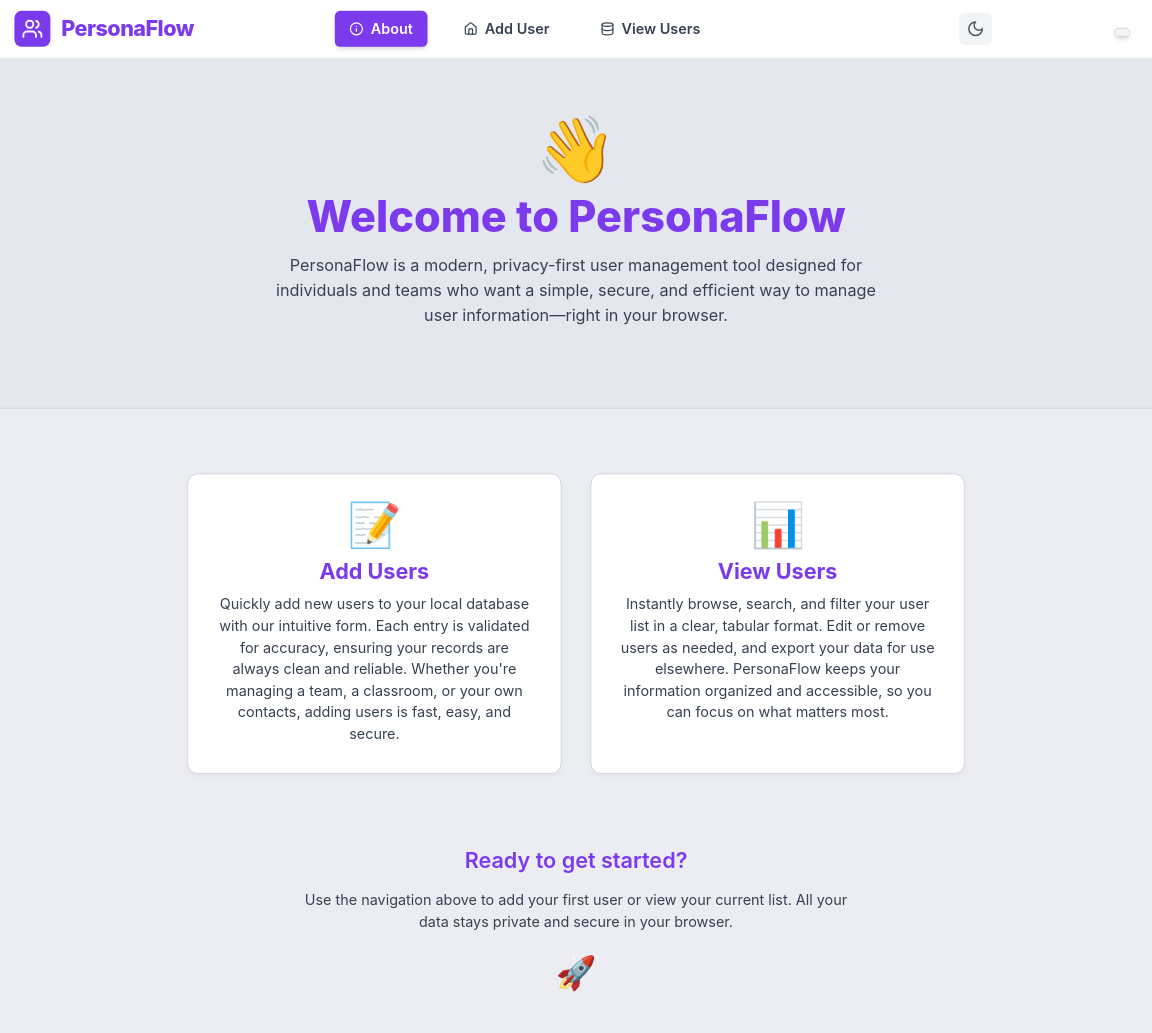
Repository: nikunjagarwal05/PersonaFlow
Page: /
An editor plug-in stored every save of this project. The page is shown before and after a run of saves, followed by the edit.
The browser window is 1280 px wide. The pictures show the whole page, at 90% of full size.
The project was rebuilt for these pictures with package versions that can differ from the ones it lists, and the page was loaded fresh each time. Also part of the build but not shown: vite.config.ts, src/components/Toast.jsx, src/components/LanguageSelector.jsx, src/components/UserForm.jsx, src/utils/localStorage.js, src/pages/Home.jsx, src/components/UserTable.jsx, src/components/SearchBar.jsx and 3 more.

Above is the page before, as saved 2025-06-12 12:18:45.

### index.html
<!doctype html>
<html lang="en">
  <head>
    <meta charset="UTF-8" />
    <link rel="icon" type="image/svg+xml" href="/vite.svg" />
    <meta name="viewport" content="width=device-width, initial-scale=1.0" />
    <meta name="description" content="PersonaFlow - A professional user management system with advanced data handling capabilities" />
    <meta name="keywords" content="user management, data management, professional design, React, JavaScript" />
    <meta name="author" content="PersonaFlow Team" />

    <!-- Open Graph / Facebook -->
    <meta property="og:type" content="website" />
    <meta property="og:title" content="PersonaFlow - Professional User Management" />
    <meta property="og:description" content="Manage users with our professional, clean interface" />

    <!-- Twitter -->
    <meta property="twitter:card" content="summary_large_image" />
    <meta property="twitter:title" content="PersonaFlow - Professional User Management" />
    <meta property="twitter:description" content="Manage users with our professional, clean interface" />

    <title>PersonaFlow - User Management System</title>
  </head>
  <body>
    <div id="root"></div>
    <script type="module" src="/src/main.jsx"></script>
    <script type="text/javascript">
      function googleTranslateElementInit() {
        new google.translate.TranslateElement({
          pageLanguage: 'en',
          layout: google.translate.TranslateElement.InlineLayout.HORIZONTAL
        }, 'google_translate_element');
      }
    </script>
  </body>
</html>

### src/App.jsx
import React, { useState, useEffect } from 'react';
import { BrowserRouter as Router, Routes, Route } from 'react-router-dom';

import { ToastProvider } from './components/ToastContainer';
import Navbar from './components/Navbar';
import Home from './pages/Home';
import ViewData from './pages/ViewData';
import About from './pages/About';

// App component manages global state, dark mode, and routing
function App() {
  const [darkMode, setDarkMode] = useState(() => {
    const saved = localStorage.getItem('darkMode');
    return saved ? JSON.parse(saved) : false;
  });

  useEffect(() => {
    localStorage.setItem('darkMode', JSON.stringify(darkMode));
    if (darkMode) {
      document.documentElement.classList.add('dark');
    } else {
      document.documentElement.classList.remove('dark');
    }
  }, [darkMode]);

  const toggleDarkMode = () => {
    setDarkMode(!darkMode);
  };

  return (
    <div className={`min-h-screen transition-colors duration-300 ${darkMode ? 'dark' : ''}`}>
      <ToastProvider>
        <Router>
          <Navbar darkMode={darkMode} toggleDarkMode={toggleDarkMode} />
          <Routes>
            <Route path="/" element={<About />} />
            <Route path="/add" element={<Home />} />
            <Route path="/view" element={<ViewData />} />
          </Routes>
        </Router>
      </ToastProvider>
    </div>
  );
}

export default App;

### src/index.css
@tailwind base;
@tailwind components;
@tailwind utilities;

@layer base {
  html {
    scroll-behavior: smooth;
  }

  body {
    font-family: -apple-system, BlinkMacSystemFont, 'Segoe UI', 'Roboto', 'Oxygen',
      'Ubuntu', 'Cantarell', 'Fira Sans', 'Droid Sans', 'Helvetica Neue',
      sans-serif;
    -webkit-font-smoothing: antialiased;
    -moz-osx-font-smoothing: grayscale;
    background-color: theme('colors.lightbg');
    color: theme('colors.gray.900');
    top: 0 !important;
  }

  .card {
    background-color: theme('colors.lightcard');
    border: 1px solid theme('colors.lightborder');
    border-radius: 0.75rem;
    box-shadow: 0 2px 8px rgba(0, 0, 0, 0.03);
  }

  .dark body {
    background-color: theme('colors.gray.900');
    color: theme('colors.gray.100');
  }

  .dark .card {
    background-color: theme('colors.gray.800');
    border: 1px solid theme('colors.gray.700');
  }
}

@layer utilities {
  .animate-slide-in {
    animation: slideIn 0.3s ease-out;
  }

  .animate-fade-in {
    animation: fadeIn 0.2s ease-out;
  }

  .btn-hover {
    transition: all 0.2s ease-in-out;
  }

  .btn-hover:hover {
    transform: translateY(-1px);
    box-shadow: 0 4px 12px rgba(0, 0, 0, 0.15);
  }

  .card-hover {
    transition: all 0.2s ease-in-out;
  }

  .card-hover:hover {
    transform: translateY(-2px);
    box-shadow: 0 8px 25px rgba(0, 0, 0, 0.1);
  }

  .form-input {
    transition: all 0.2s ease-in-out;
  }

  .form-input:focus {
    transform: translateY(-1px);
  }

  .table-row {
    transition: all 0.2s ease-in-out;
  }

  .table-row:hover {
    transform: scale(1.01);
  }

  .btn-accent {
    background-color: theme('colors.accent.DEFAULT');
    color: #fff;
  }

  .btn-accent:hover {
    background-color: theme('colors.accent.dark');
  }

  .link-accent {
    color: theme('colors.accent.DEFAULT');
  }

  .link-accent:hover {
    color: theme('colors.accent.dark');
  }

  .dark .btn-accent {
    background-color: theme('colors.darkaccent.DEFAULT');
    color: #fff;
  }

  .dark .btn-accent:hover {
    background-color: theme('colors.darkaccent.dark');
  }

  .dark .link-accent {
    color: theme('colors.darkaccent.DEFAULT');
  }

  .dark .link-accent:hover {
    color: theme('colors.darkaccent.dark');
  }

  /* Loading spinner */
  .loading-spinner {
    border: 3px solid rgba(59, 130, 246, 0.3);
    border-top: 3px solid #3b82f6;
    border-radius: 50%;
    width: 24px;
    height: 24px;
    animation: spin 1s linear infinite;
  }

  /* Scrollbar */
  ::-webkit-scrollbar {
    width: 8px;
  }

  ::-webkit-scrollbar-track {
    background: rgba(0, 0, 0, 0.1);
    border-radius: 10px;
  }

  ::-webkit-scrollbar-thumb {
    background: #3b82f6;
    border-radius: 10px;
  }

  ::-webkit-scrollbar-thumb:hover {
    background: #2563eb;
  }

  /* Selection */
  ::selection {
    background: rgba(59, 130, 246, 0.3);
    color: white;
  }

  /* Focus styles */
  input:focus,
  select:focus,
  textarea:focus {
    outline: none;
    box-shadow: 0 0 0 3px rgba(59, 130, 246, 0.3);
  }

  /* Mobile animation override */
  @media (max-width: 768px) {
    .animate-slide-in {
      animation: slideInMobile 0.3s ease-out;
    }
  }

  /* Accessibility: High contrast */
  @media (prefers-contrast: high) {
    .bg-gradient-to-r {
      background: solid;
    }
  }

  /* Accessibility: Reduced motion */
  @media (prefers-reduced-motion: reduce) {
    * {
      animation-duration: 0.01ms !important;
      animation-iteration-count: 1 !important;
      transition-duration: 0.01ms !important;
    }

    .animate-slide-in,
    .animate-fade-in {
      animation: none;
    }
  }

  /* Google Translate Styling */
  #google_translate_element,
  #google_translate_element_mobile {
    font-size: 0.875rem;
    color: #fff;
    background-color: #1f2937;
    border: 1px solid #374151;
    border-radius: 0.375rem;
    padding: 0.25rem 0.5rem;
    max-width: fit-content;
    margin-right: 0.5rem;
    box-shadow: 0 0 10px rgba(0, 0, 0, 0.2);
  }

  .goog-te-combo {
    color: #fff !important;
    background-color: #1f2937 !important;
    border: none !important;
    padding: 0.25rem 0.5rem !important;
    border-radius: 0.375rem !important;
  }

  /* Only hide branding, not essential UI */
  .goog-logo-link {
    display: none !important;
  }

}

/* Keyframes */
@keyframes slideIn {
  from {
    opacity: 0;
    transform: translateX(100%);
  }
  to {
    opacity: 1;
    transform: translateX(0);
  }
}

@keyframes fadeIn {
  from {
    opacity: 0;
  }
  to {
    opacity: 1;
  }
}

@keyframes slideInMobile {
  from {
    opacity: 0;
    transform: translateY(20px);
  }
  to {
    opacity: 1;
    transform: translateY(0);
  }
}

@keyframes spin {
  0% {
    transform: rotate(0deg);
  }
  100% {
    transform: rotate(360deg);
  }
}

@layer utilities {
  /* Google Translate Box — Light Theme */
  #google_translate_element,
  #google_translate_element_mobile {
    @apply text-sm text-gray-800 bg-gray-100 border border-gray-300 rounded-md px-2 py-1 shadow-md;
    max-width: fit-content;
    margin-right: 0.5rem;
  }

  .goog-te-combo {
    @apply text-gray-800 bg-gray-100 border-none px-2 py-1 rounded-md;
  }

  /* Google Translate Box — Dark Theme */
  .dark #google_translate_element,
  .dark #google_translate_element_mobile {
    @apply text-sm text-white bg-gray-800 border border-gray-700 rounded-md px-2 py-1 shadow-lg;
  }

  .dark .goog-te-combo {
    @apply text-white bg-gray-800 border-none px-2 py-1 rounded-md;
  }

  /* Hide Google Branding (TOS Risk – optional) */
  .goog-logo-link,
  .goog-te-gadget span,
  .goog-te-banner-frame.skiptranslate,
  body > .goog-te-banner-frame {
    display: none !important;
  }
}

### src/components/ToastContainer.jsx
import React, { createContext, useContext, useState, useCallback } from 'react';
import Toast from './Toast';

// ToastContainer provides context and renders toasts
const ToastContext = createContext(undefined);

export const useToast = () => {
  const context = useContext(ToastContext);
  if (!context) {
    throw new Error('useToast must be used within a ToastProvider');
  }
  return context;
};

export const ToastProvider = ({ children }) => {
  const [toasts, setToasts] = useState([]);

  const showToast = useCallback((toast) => {
    const id = crypto.randomUUID();
    const newToast = {
      ...toast,
      id,
      onClose: removeToast,
    };
    setToasts(prev => [...prev, newToast]);
  }, []);

  const removeToast = useCallback((id) => {
    setToasts(prev => prev.filter(toast => toast.id !== id));
  }, []);

  return (
    <ToastContext.Provider value={{ showToast }}>
      {children}
      <div className="fixed top-4 right-4 z-50 space-y-2 max-w-sm">
        {toasts.map(toast => (
          <Toast key={toast.id} {...toast} />
        ))}
      </div>
    </ToastContext.Provider>
  );
};

### src/components/Navbar.jsx
import React from 'react';
import { Link, useLocation } from 'react-router-dom';
import { Home, Database, Moon, Sun, Users, Info } from 'lucide-react';
import LanguageSelector from './LanguageSelector';
import useGoogleTranslate from '../hooks/useGoogleTranslate';

const Navbar = ({ darkMode, toggleDarkMode }) => {
  const location = useLocation();
  useGoogleTranslate();

  return (
    <nav className="sticky top-0 z-40 bg-white dark:bg-gray-900 border-b border-gray-200 dark:border-gray-700 shadow-sm">
      <div className="max-w-7xl mx-auto flex justify-between items-center h-16 w-full px-4">
        {/* Left side */}
        <div className="flex items-center space-x-3 min-w-[220px]">
          <div className="p-2 bg-accent dark:bg-darkaccent rounded-lg">
            <Users className="w-6 h-6 text-white" />
          </div>
          <h1 className="text-2xl font-extrabold text-accent dark:text-darkaccent-light tracking-tight">
            PersonaFlow
          </h1>
        </div>

        {/* Center Links */}
        <div className="hidden md:flex items-center space-x-6">
          <Link
            to="/"
            className={`px-4 py-2 rounded-md font-semibold flex items-center space-x-2 ${
              location.pathname === '/'
                ? 'bg-accent dark:bg-darkaccent text-white shadow-md'
                : 'text-gray-700 dark:text-gray-300 hover:bg-gray-100 dark:hover:bg-gray-800'
            }`}
          >
            <Info className="w-4 h-4" />
            <span>About</span>
          </Link>
          <Link
            to="/add"
            className={`px-4 py-2 rounded-md font-semibold flex items-center space-x-2 ${
              location.pathname === '/add'
                ? 'bg-accent dark:bg-darkaccent text-white shadow-md'
                : 'text-gray-700 dark:text-gray-300 hover:bg-gray-100 dark:hover:bg-gray-800'
            }`}
          >
            <Home className="w-4 h-4" />
            <span>Add User</span>
          </Link>
          <Link
            to="/view"
            className={`px-4 py-2 rounded-md font-semibold flex items-center space-x-2 ${
              location.pathname === '/view'
                ? 'bg-accent dark:bg-darkaccent text-white shadow-md'
                : 'text-gray-700 dark:text-gray-300 hover:bg-gray-100 dark:hover:bg-gray-800'
            }`}
          >
            <Database className="w-4 h-4" />
            <span>View Users</span>
          </Link>
        </div>

        <div>

        </div>
        {/* Right Side - Dark Mode + Translate */}
        <div className="flex items-center space-x-3">
          <button
            onClick={toggleDarkMode}
            className="p-2 rounded-md bg-gray-100 dark:bg-gray-800 hover:bg-gray-200 dark:hover:bg-gray-700"
            aria-label="Toggle dark mode"
          >
            {darkMode ? (
              <Sun className="w-5 h-5 text-yellow-500" />
            ) : (
              <Moon className="w-5 h-5 text-gray-600" />
            )}
          </button>
        </div>

        <div className=''>
          <div id="google_translate_element" className="mt-2"></div>
        </div>
      </div>
    </nav>
  );
};

export default Navbar;

### src/pages/About.jsx
import React from 'react';

// About page: Explains the website and its main features in depth
const About = () => {
  return (
    <div className="min-h-screen bg-lightbg dark:bg-gray-900 text-gray-900 dark:text-gray-100">
      {/* Hero Section */}
      <section className="w-full py-16 bg-lightcard dark:bg-gray-800 border-b border-lightborder dark:border-gray-700 mb-10">
        <div className="max-w-3xl mx-auto px-4 flex flex-col items-center text-center">
          <span className="inline-block text-7xl mb-4">👋</span>
          <h1 className="text-4xl sm:text-5xl font-extrabold text-accent dark:text-accent-light mb-4">Welcome to PersonaFlow</h1>
          <p className="text-lg text-gray-700 dark:text-gray-200 max-w-2xl mb-6">
            PersonaFlow is a modern, privacy-first user management tool designed for individuals and teams who want a simple, secure, and efficient way to manage user information—right in your browser.
          </p>
        </div>
      </section>

      {/* Features Section */}
      <section className="max-w-4xl mx-auto px-4 py-8 grid grid-cols-1 md:grid-cols-2 gap-8">
        {/* Add Users Feature */}
        <div className="bg-white dark:bg-gray-800 card p-8 flex flex-col items-center text-center">
          <span className="text-5xl mb-3">📝</span>
          <h2 className="text-2xl font-bold text-accent dark:text-accent-light mb-2">Add Users</h2>
          <p className="text-gray-700 dark:text-gray-200">
            Quickly add new users to your local database with our intuitive form. Each entry is validated for accuracy, ensuring your records are always clean and reliable. Whether you're managing a team, a classroom, or your own contacts, adding users is fast, easy, and secure.
          </p>
        </div>
        {/* View Users Feature */}
        <div className="bg-white dark:bg-gray-800 card p-8 flex flex-col items-center text-center">
          <span className="text-5xl mb-3">📊</span>
          <h2 className="text-2xl font-bold text-accent dark:text-accent-light mb-2">View Users</h2>
          <p className="text-gray-700 dark:text-gray-200">
            Instantly browse, search, and filter your user list in a clear, tabular format. Edit or remove users as needed, and export your data for use elsewhere. PersonaFlow keeps your information organized and accessible, so you can focus on what matters most.
          </p>
        </div>
      </section>

      {/* Call to Action */}
      <section className="max-w-2xl mx-auto px-4 py-12 text-center">
        <h3 className="text-2xl font-semibold mb-4 text-accent dark:text-accent-light">Ready to get started?</h3>
        <p className="text-gray-700 dark:text-gray-200 mb-6">
          Use the navigation above to add your first user or view your current list. All your data stays private and secure in your browser.
        </p>
        <span className="inline-block text-4xl">🚀</span>
      </section>
    </div>
  );
};

export default About;

### src/hooks/useGoogleTranslate.js
import { Divide } from 'lucide-react';
import { useEffect } from 'react';

const useGoogleTranslate = () => {
  useEffect(() => {
    const addScript = () => {
      if (document.getElementById('google-translate-script')) return;

      const script = document.createElement('script');
      script.id = 'google-translate-script';
      script.src = '//translate.google.com/translate_a/element.js?cb=googleTranslateElementInit';
      script.async = true;
      document.body.appendChild(script);

      window.googleTranslateElementInit = () => {
        new window.google.translate.TranslateElement(
          {
            pageLanguage: 'en',
            includedLanguages: 'en,hi,fr,de,es,zh',
            layout: window.google.translate.TranslateElement.InlineLayout.SIMPLE,
          },
          'google_translate_element'
        );
      };
    };

    addScript();
  }, []);
};

export default useGoogleTranslate;

### tailwind.config.js
/** @type {import('tailwindcss').Config} */
export default {
  content: ['./index.html', './src/**/*.{js,ts,jsx,tsx}'],
  theme: {
    extend: {
      colors: {
        lightbg: '#ececf3', // deeper, softer white for light mode
        lightcard: '#e5e7ef', // soft card
        lightborder: '#d1d5db',
        accent: {
          DEFAULT: '#7c3aed', // deep purple for light mode
          dark: '#6d28d9', // even deeper purple
          light: '#a78bfa', // lighter purple
        },
        darkaccent: {
          DEFAULT: '#06b6d4', // cyan/teal for dark mode
          dark: '#0e7490',
          light: '#67e8f9',
        },
      },
    },
  },
  plugins: [],
  darkMode: 'class',
};

Loaded but not shown: src/main.jsx (common file)

After the next 3 saves:
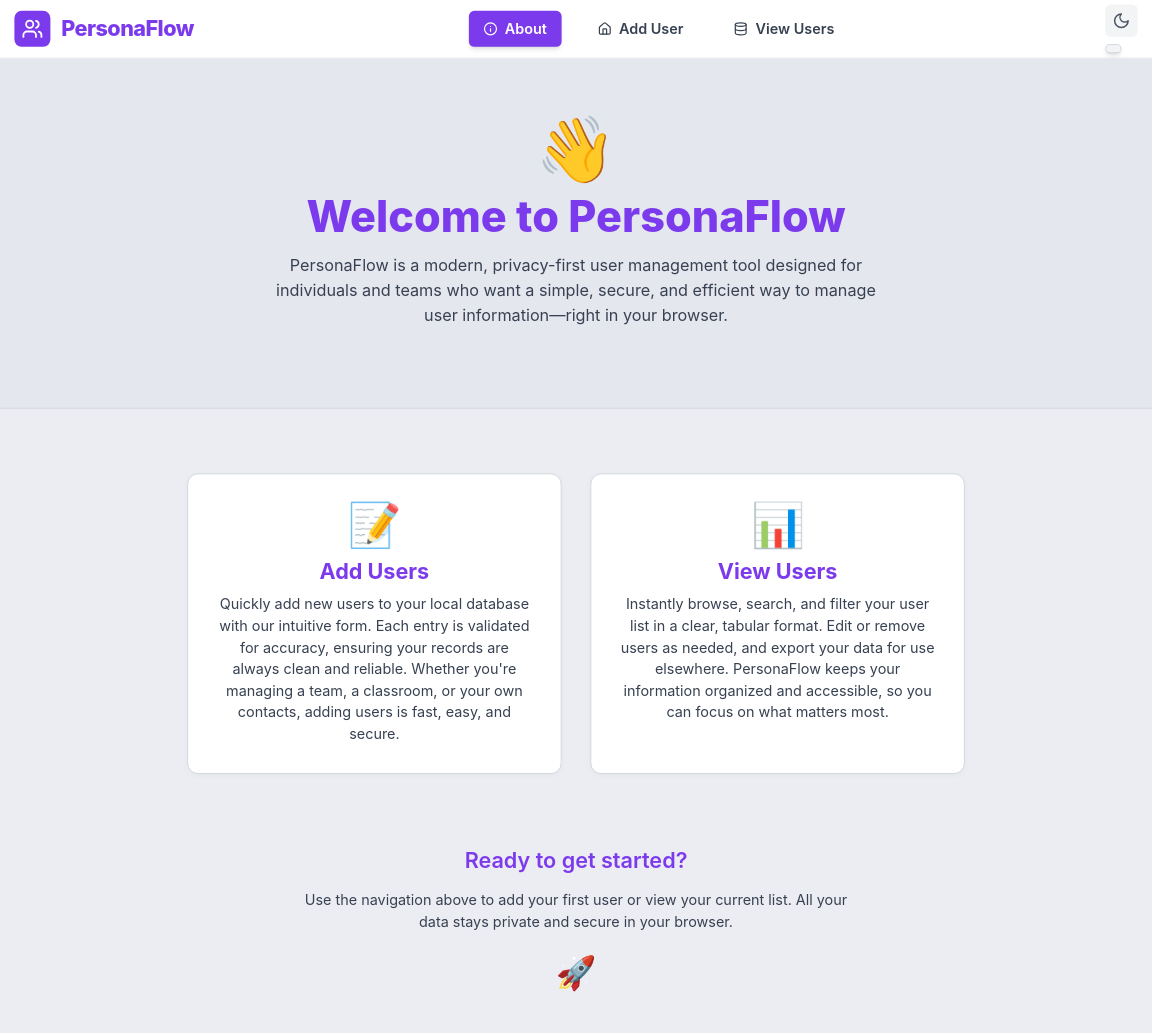
The 3 saves are shown as one change because they came seconds apart.
The last was saved 8 s later.
--- a/src/components/Navbar.jsx
+++ b/src/components/Navbar.jsx
@@ -59,26 +59,26 @@ const Navbar = ({ darkMode, toggleDarkMode }) => {
         </div>
 
         <div>
+          {/* Right Side - Dark Mode + Translate */}
+          <div className="flex items-center space-x-3">
+            <button
+              onClick={toggleDarkMode}
+              className="p-2 rounded-md bg-gray-100 dark:bg-gray-800 hover:bg-gray-200 dark:hover:bg-gray-700"
+              aria-label="Toggle dark mode"
+            >
+              {darkMode ? (
+                <Sun className="w-5 h-5 text-yellow-500" />
+              ) : (
+                <Moon className="w-5 h-5 text-gray-600" />
+              )}
+            </button>
+          </div>
 
-        </div>
-        {/* Right Side - Dark Mode + Translate */}
-        <div className="flex items-center space-x-3">
-          <button
-            onClick={toggleDarkMode}
-            className="p-2 rounded-md bg-gray-100 dark:bg-gray-800 hover:bg-gray-200 dark:hover:bg-gray-700"
-            aria-label="Toggle dark mode"
-          >
-            {darkMode ? (
-              <Sun className="w-5 h-5 text-yellow-500" />
-            ) : (
-              <Moon className="w-5 h-5 text-gray-600" />
-            )}
-          </button>
+          <div className=''>
+            <div id="google_translate_element" className="mt-2"></div>
+          </div>
         </div>
 
-        <div className=''>
-          <div id="google_translate_element" className="mt-2"></div>
-        </div>
       </div>
     </nav>
   );
